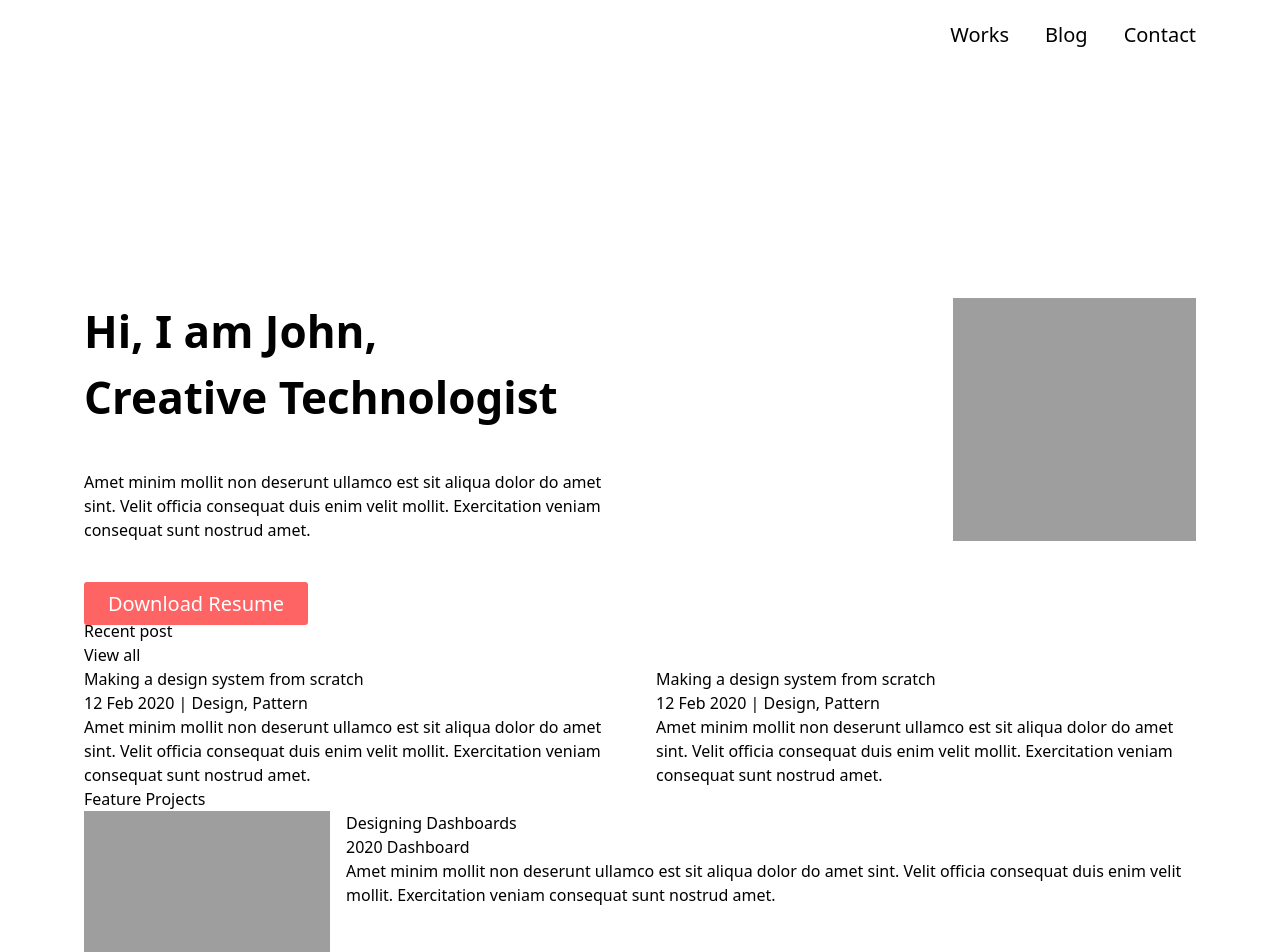
Repository: Quanndm03/web2022
Page: ASM/home.html
These files come from the project's save history. The page is drawn as it stood at one moment and after the next save; the edit follows.
The browser window is 1280 px wide. The pictures show the part of the page from y = 0 to 952 px (the page is 1351 px tall).
Pictures or frames that could not be fetched are drawn as grey boxes. Some web libraries are served in a nearby version.

Above is the page before, as saved 2022-06-17 02:21:28.

### ASM/home.html
<!DOCTYPE html>
<html lang="en">
  <head>
    <meta charset="UTF-8" />
    <meta http-equiv="X-UA-Compatible" content="IE=edge" />
    <meta name="viewport" content="width=device-width, initial-scale=1.0" />
    <title>Home</title>
    <link rel="preconnect" href="https://fonts.googleapis.com" />
    <link rel="preconnect" href="https://fonts.gstatic.com" crossorigin />
    <link
      href="https://fonts.googleapis.com/css2?family=Heebo:wght@100;200;300;400;500;600;700;800;900&display=swap"
      rel="stylesheet"
    />
    <script src="https://cdn.tailwindcss.com"></script>

  </head>
  <body>
    <header>
      <div class="mx-auto max-w-6xl px-5">
        <div class="py-5">
          <div class="flex justify-end items-center">
            <button id="btn-mobile" class="md:hidden">
              Mobile
            </button>
          </div>
          <div class="flex justify-end">
            <ul class="hidden md:flex space-x-4">
              <li><a class="text-[20px] ml-[20px] font-medium hover:text-[#FF6464]" href="">Works</a></li>
              <li><a class="text-[20px] ml-[20px] font-medium hover:text-[#FF6464]" href="">Blog</a></li>
              <li><a class="text-[20px] ml-[20px] font-medium hover:text-[#FF6464]" href="">Contact</a></li>
            </ul>
          </div>
        </div>
      </div>
    </header>
    <section class="mx-auto max-w-6xl px-5">
      <div class="mt-[228px]">
        <div class=" md:flex justify-between grid grid-cols-2  gap-8 ">
          <div class="banner-content">
            <h2 class="text-[44px] font-bold">
              Hi, I am John, <br> Creative Technologist
            </h2>
            <p class="mt-[40px] mb-[47px]">
              Amet minim mollit non deserunt ullamco est sit aliqua dolor do
              amet <br> sint. Velit officia consequat duis enim velit mollit.
              Exercitation veniam <br> consequat sunt nostrud amet.
            </p>
            <a href="" class=" bg-[#FF6464] px-6 py-2 rounded-[3px] text-white text-[20px] "
              >Download Resume</a
            >
          </div>
          <div class="">
            <img class="w-[243px] h-[243px]" src="images/Ellipse 1.jpg" alt="">

          </div>
        </div>
      </div>
    </section>
    <!--End .banner-->
    <section class="mx-auto max-w-full px-5 bg-[]">
      <div class="mx-auto max-w-6xl px-5">
        <div class="seciton-header">
          <h2 class="seciton-header__title">Recent post</h2>
          <a href="">View all</a>
        </div>
        <div class="section-body">
          <div class="grid md:grid-cols-2 gap-8">
            <div class="recent-post__item">
              <h3 class="recent-post__title">
                Making a design system from scratch
              </h3>
              <div class="recent-post__meta">
                <span>12 Feb 2020</span>
                <span>|</span>
                <a href="">Design, Pattern</a>
              </div>
              <p class="recent-post__desc">
                Amet minim mollit non deserunt ullamco est sit aliqua dolor do
                amet sint. Velit officia consequat duis enim velit mollit.
                Exercitation veniam consequat sunt nostrud amet.
              </p>
            </div>
            <div class="recent-post__item">
              <h3 class="recent-post__title">
                Making a design system from scratch
              </h3>
              <div class="recent-post__meta">
                <span>12 Feb 2020</span>
                <span>|</span>
                <a href="">Design, Pattern</a>
              </div>
              <p class="recent-post__desc">
                Amet minim mollit non deserunt ullamco est sit aliqua dolor do
                amet sint. Velit officia consequat duis enim velit mollit.
                Exercitation veniam consequat sunt nostrud amet.
              </p>
            </div>
          </div>
        </div>
      </div>
    </section>
    <section class="mx-auto max-w-6xl px-5">
      <div class="custom-container">
        <div class="seciton-header">
          <h2 class="seciton-header__title">Feature Projects</h2>
        </div>
        <div class="section-body">
          <div class="project__item grid md:grid-cols-[246px,auto] gap-4">
            <div class="project__img">
              <img
                src="https://picsum.photos/246/180"
                alt=""
                class="project__thumbnail"
              />
            </div>
            <div class="project__content">
              <h3 class="project__name">Designing Dashboards</h3>
              <div class="project__meta">
                <span class="project__createat">2020</span>
                <a href="" class="project__category">Dashboard</a>
              </div>
              <p>
                Amet minim mollit non deserunt ullamco est sit aliqua dolor do
                amet sint. Velit officia consequat duis enim velit mollit.
                Exercitation veniam consequat sunt nostrud amet.
              </p>
            </div>
          </div>
          <!--End .project-item-->
          <div class="project__item grid md:grid-cols-[246px,auto] gap-4">
            <div class="project__img">
              <img
                src="https://picsum.photos/246/180"
                alt=""
                class="project__thumbnail"
              />
            </div>
            <div class="project__content">
              <h3 class="project__name">Designing Dashboards</h3>
              <div class="project__meta">
                <span class="project__createat">2020</span>
                <a href="" class="project__category">Dashboard</a>
              </div>
              <p>
                Amet minim mollit non deserunt ullamco est sit aliqua dolor do
                amet sint. Velit officia consequat duis enim velit mollit.
                Exercitation veniam consequat sunt nostrud amet.
              </p>
            </div>
          </div>
          <!--End .project-item-->
          <div class="project__item grid md:grid-cols-[246px,auto] gap-4">
            <div class="project__img">
              <img
                src="https://picsum.photos/246/180"
                alt=""
                class="project__thumbnail"
              />
            </div>
            <div class="project__content">
              <h3 class="project__name">Designing Dashboards</h3>
              <div class="project__meta">
                <span class="project__createat">2020</span>
                <a href="" class="project__category">Dashboard</a>
              </div>
              <p>
                Amet minim mollit non deserunt ullamco est sit aliqua dolor do
                amet sint. Velit officia consequat duis enim velit mollit.
                Exercitation veniam consequat sunt nostrud amet.
              </p>
            </div>
          </div>
          <!--End .project-item-->
        </div>
      </div>
    </section>
    <footer class="mx-auto max-w-6xl px-5">

    </footer>
  </body>
</html>

After the next save:
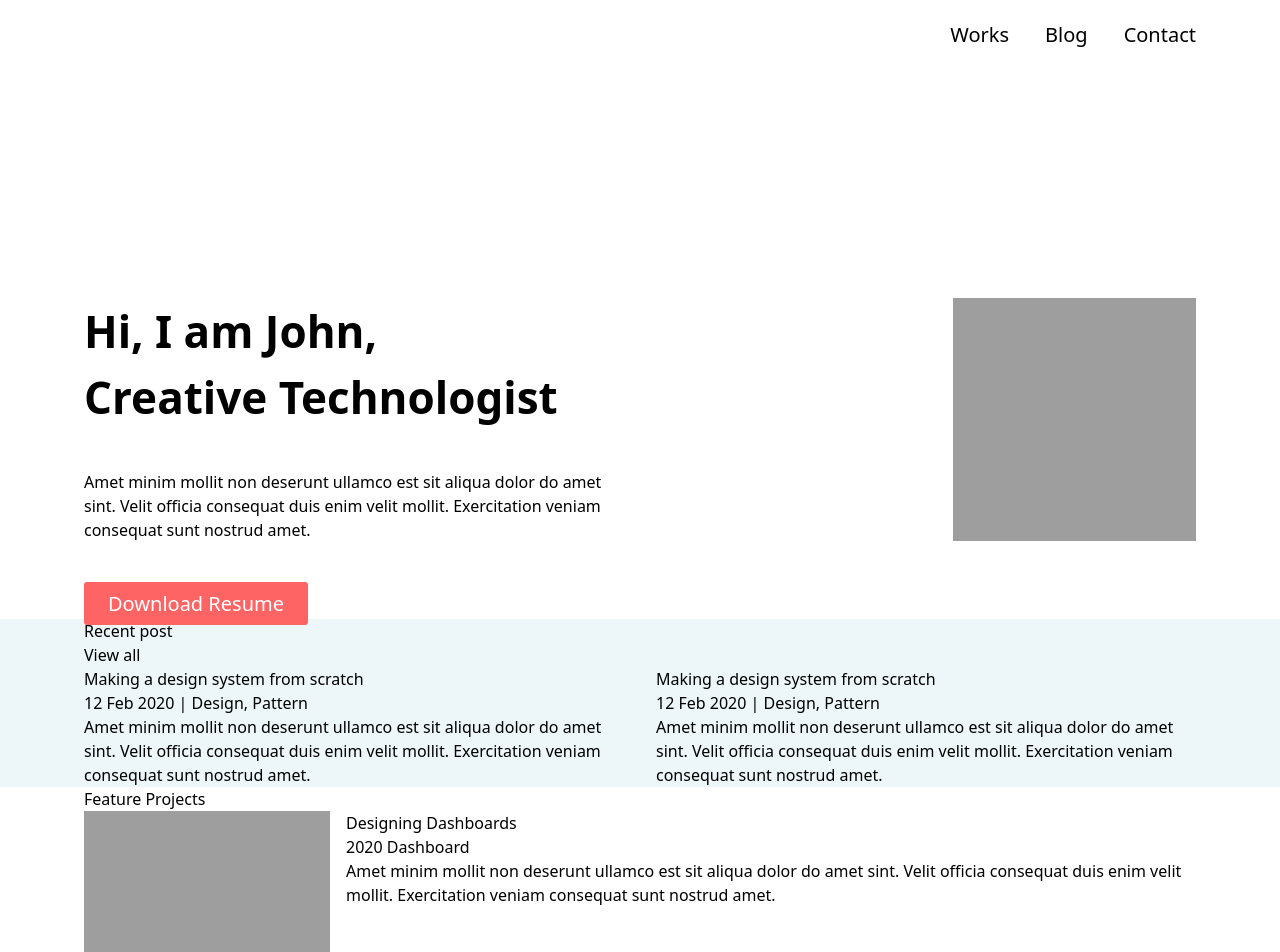
Saved 10 s later.
--- a/ASM/home.html
+++ b/ASM/home.html
@@ -57,7 +57,7 @@
       </div>
     </section>
     <!--End .banner-->
-    <section class="mx-auto max-w-full px-5 bg-[]">
+    <section class="mx-auto max-w-full px-5 bg-[#EDF7FA]">
       <div class="mx-auto max-w-6xl px-5">
         <div class="seciton-header">
           <h2 class="seciton-header__title">Recent post</h2>
